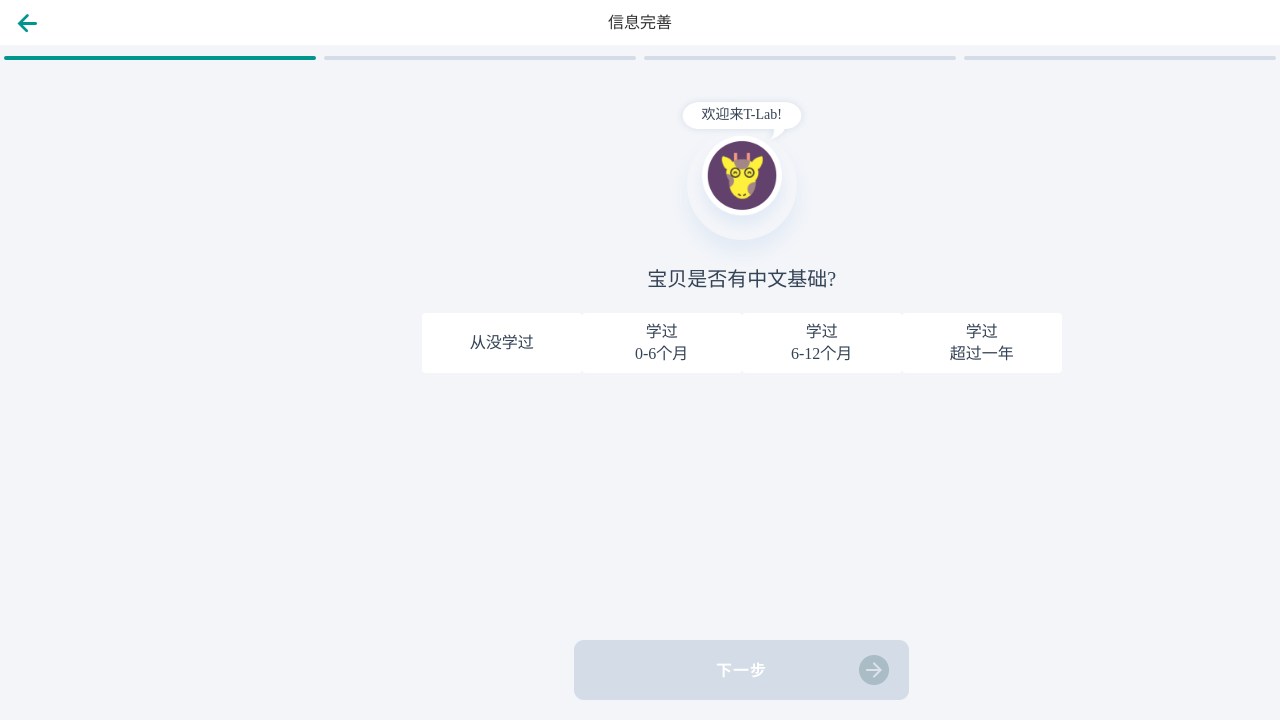
Repository: huangjf1/1
Page: /
These files come from the project's save history. The page is drawn as it stood at one moment and after the next save; the edit follows.
The browser window is 1280 px wide. The pictures show the whole page.
The project was rebuilt for these pictures with package versions that can differ from the ones it lists, and the page was loaded fresh each time. Also part of the build but not shown: vue.config.js.

Above is the page before, as saved 2021-08-24 12:21:24.

After the next save:
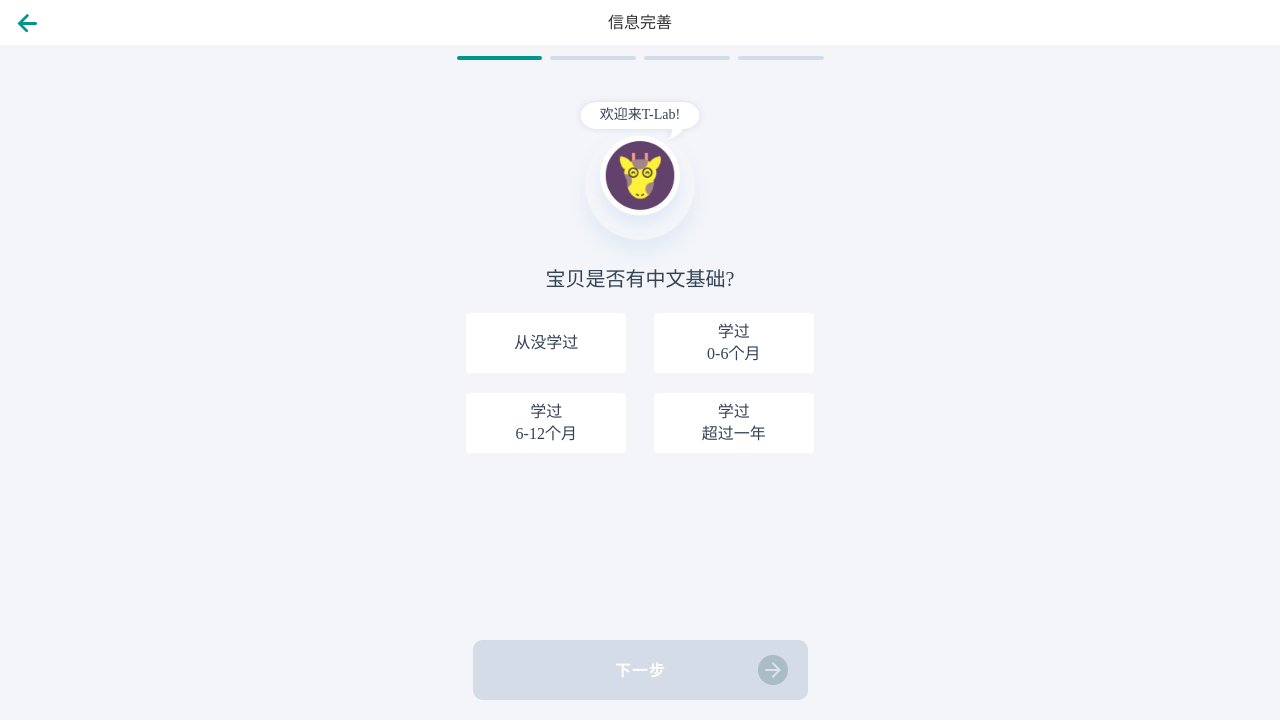
Saved 50 s later.
--- a/src/views/index.vue
+++ b/src/views/index.vue
@@ -227,14 +227,13 @@ export default {
         display: none;
       }
       .pageOne {
-        max-width: 670px;
         position: relative;
         display: flex;
         flex-direction: column;
         .pageOneDesc{
           flex: 1;
-          max-width: 670px;
-        }
+        }
+
         .nameDesc {
           text-align: center;
           color: #344356;
@@ -322,10 +321,8 @@ export default {
       .pageThree {
         display: flex;
         flex-direction: column;
-        max-width: 670px;
-        margin: 0 auto;
         .select-age {
-          max-width: 670px;
+          width: 335px;
           flex: 1;
           margin: 0 auto;
           >p{
@@ -350,7 +347,7 @@ export default {
             border-radius: 5px;
           }
           /deep/ .van-popup--bottom {
-            max-width: 1024px;
+            width: 375px;
             left: 0;
             right: 0;
             margin: auto;
@@ -365,15 +362,13 @@ export default {
         }
       }
       .pageFour {
-        min-width: 375px !important;
-        max-width: 670px !important;
+        width: 375px;
         margin: 0 auto;
         display: flex;
         flex-direction: column;
         .select-chines {
           flex: 1;
-          min-width: 375px;
-          max-width: 670px;
+          width: 375px;
           margin: 0 auto;
           position: relative;
           .message-info {
@@ -461,7 +456,7 @@ export default {
       }
    }
    .tabs {
-     width: 100%;
+     width: 375px;
      height: 4px;
      display: flex;
      justify-content: space-around;
